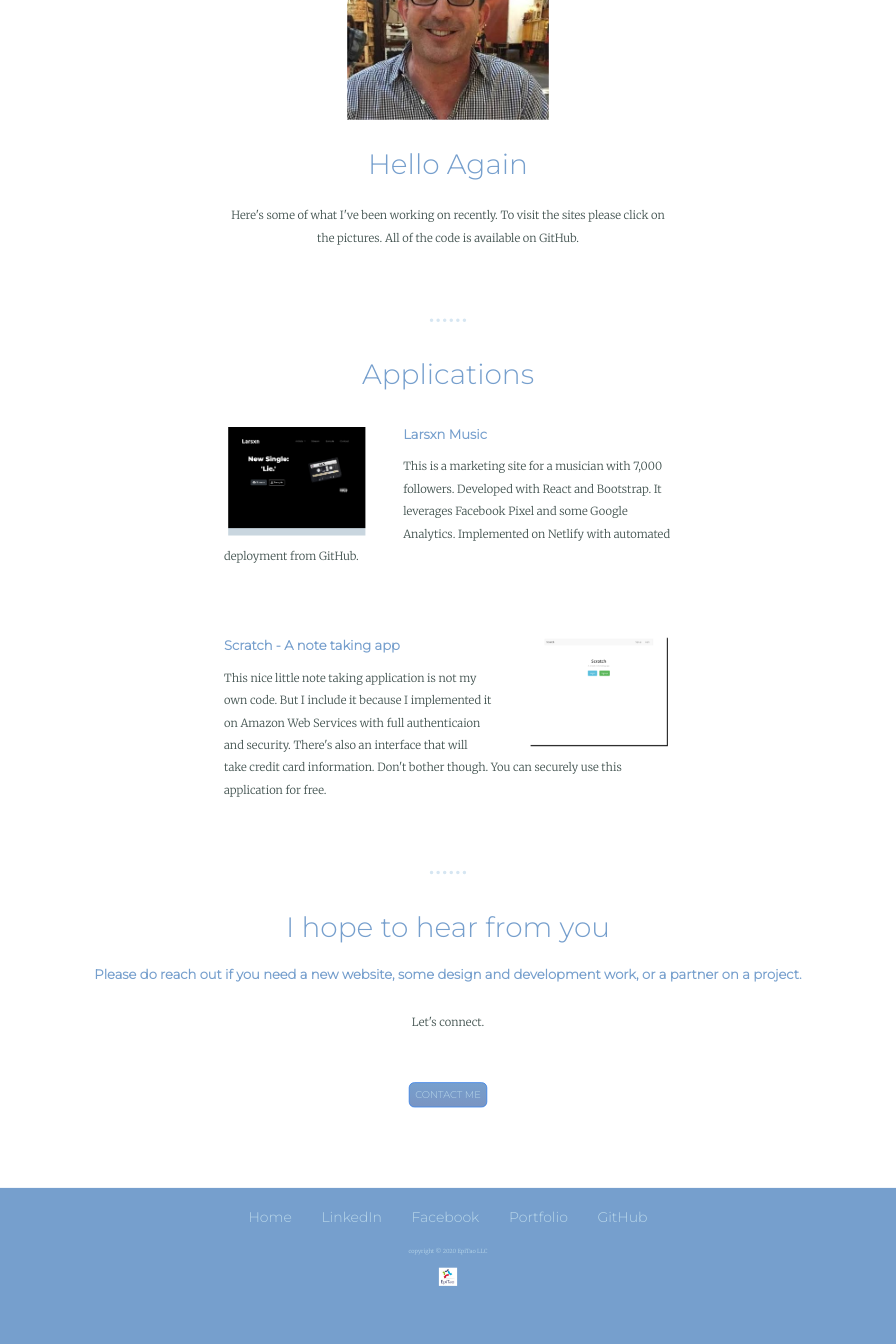
Repository: EpiTao-LLC/Personal_web_page
Page: pages/portfolio.html
The author's editor kept a copy of each file at every save. The page is drawn from the files as they stood at one save, then again after the next save.
The browser window is 1280 px wide. The pictures show the part of the page from y = 1480 to 3400 px (the page is 3400 px tall before and 3368 px after), at 70% of full size.

Above is the page before, as saved 2020-10-11 21:41:57.

### pages/portfolio.html
<!DOCTYPE html>
<html lang="en">
<head>
    <meta charset="UTF-8">
    <meta name="viewport" content="width=device-width, initial-scale=1.0">
    <title>Chris Larson</title>
    <link rel="stylesheet" href="../css/styles.css">
    <link href="https://fonts.googleapis.com/css2?family=Merriweather:wght@300&family=Montserrat:wght@300&family=Sacramento&display=swap" rel="stylesheet">
    <link rel="apple-touch-icon" sizes="180x180" href="favicon_package_v0.16/apple-touch-icon.png">
    <link rel="icon" type="image/png" sizes="32x32" href="favicon_package_v0.16/favicon-32x32.png">
    <link rel="icon" type="image/png" sizes="16x16" href="favicon_package_v0.16/favicon-16x16.png">
    <link rel="manifest" href="favicon_package_v0.16/site.webmanifest">
    <link rel="mask-icon" href="favicon_package_v0.16/safari-pinned-tab.svg" color="#5bbad5">
    <meta name="msapplication-TileColor" content="#da532c">
    <meta name="theme-color" content="#ffffff">
</head>
<body>
    <div class = "top-container">
        <h1>My Portfolio</h1>
        <h2>"The journey is the reward"</h2>
        <img class="cover-img" src="/images/Lake _Titicaca.jpeg" alt="Lake Titicaca image">
        <p>Life's a work in progress</p>
        <p>(so's my portfolio)</p>
      </div>
    <div class="middle-container">
        <div class="profile">
          <br>
          <img class="my-img" src="/images/Holiday_Denmark.jpeg"  alt="Chris Pic">
          <h2>Hello Again</h2>
          <p>
            Here's some of what I've been working on recently.  To visit the sites please click on the pictures.  All of the
            code is available on GitHub.
            </p>
        </div>
        <hr>
        <div class="skills">
          <h2>Applications</h2>
          <div class="skill-row">
            <button  class='input-button button-img-1'>
                <img class= 'skills-img-1' src="/images/Larsxn_Music.PNG" alt="Larsxn.com website"
                onclick = "window.location.href = 'https://www.larsxn.com'">
            </button>
            <!-- <img class="skills-img-1" src="/images/Larsxn_Music.png" alt="Larsxn.com"> -->
            <div >
            <h3 class="for-mobile">Larsxn Music</h3>
            <p> This is a marketing site for a musician with 7,000 followers.  Developed with React and Bootstrap.
              It leverages Facebook Pixel and some Google Analytics. Implemented on
              Netlify with automated deployment from GitHub.
            </p>
             </div>
          </div>
          <div class="skill-row">
            <button  class='input-button button-img-2'>
              <img class= 'skills-img-2' src="/images/Scratch_Note_Taking_App.PNG" alt="Scratch Note Taking website"
              onclick = "window.location.href = 'https://notes-app.calarsonllc.com'">
            </button>
            <h3 class="for-mobile">Scratch - A note taking app</h3>
            <p>This nice little note taking application is not my own code.  But I include it
              because I implemented it on Amazon Web Services with full authenticaion and security.
              There's also an interface that will take credit card information.  Don't bother though.
              You can securely use this application for free.
            </p>
          </div>
        </div>
        <hr>
        <div class="contact-me">
          <h2>I hope to hear from you</h2>
          <h3>Please do reach out if you need a new website, some design and development work, or a partner on a project.</h3>
          <p class="contact-message">Let's connect.</p>
          <a class="btn" href="mailto:chris@epitao.com">CONTACT ME</a>
        </div>
      </div>
      <div class="bottom-container">
        <a class="footer-link" href="https://chris.epitao.com/">Home</a>
        <a class="footer-link" href="https://www.linkedin.com/in/christopheralarson//">LinkedIn</a>
        <a class="footer-link" href="https://www.facebook.com/chris.larson">Facebook</a>
        <a class="footer-link" href="https://github.com/clarson10024//">Portfolio</a>
        <a class="footer-link" href="https://github.com/clarson10024//">GitHub</a>
        <p class="copyright"> copyright © 2020 EpiTao LLC <br><br>
        <img class="logo-img" src="/images/EpiTao_logo.jpg" alt="EpiTao logo">
        </p>
      </div>
</body>
</html>

### css/styles.css
body {
    margin: 0;
    margin: auto;
    text-align: center;
    font-family: 'Merriweather', serif;
    font-weight: normal;
    color:  #40514E;
}
h1 {
    margin: 0px auto 0 auto;
    font-family: 'Montserrat', sans-serif;
    font-size: 5rem;
    line-height: 2.0;
    color: #769FCD;
}
h2 {
    font-family: 'Montserrat', sans-serif;
    font-size: 2.5rem;
    font-weight: normal;
    color: #769FCD
}
h3 {
    font-family: 'Montserrat', sans-serif;
    font-weight: 900;
    color: #769FCD
}
p {
    line-height: 2;
}
hr {
    border-color:  #d6e6f2;
    border-width: 5px;
    border-style: dotted none none;
    height: 0px;
    width: 4%;
    margin: 100 auto 100 auto;
}
.top-container {
    background-color: #d6e6f2;
    color: #769FCD;
    position: relative;
    padding-top: 50px;
    padding-bottom: 100px;
}
.middle-container {
    max-width: 2000px;
    padding-top: 10px;
    padding-bottom: 5px;
    margin: 50px auto 100px auto;

}
.bottom-container {
    margin-top: 100px;
    padding: 30px 0 50px;
    font-size: 10px;
    background-color: #769FCD;
    color: #f7fbfc  ;
}
.profile{
    width: 50%;
    margin: 50px auto 100px auto;
    text-align: center;
}
.skills {
    margin-top: 50px;
}
.skill-row {
    width: 50%;
    margin: 50px auto 100px auto;
    text-align: left;
}
.contact-me {
    margin-top: 50px;
    margin-left: 50px;
    margin-right: 50px;

}
.contact-message {
    width: 60%;
    margin: 40px auto 60px;
}
.footer-link {
    font-size: 20px
}
.copyright {
    color: #b9d7ea;
    font-size: 0.5rem;
    padding: 20px 0;
}

.btn {
    background: #769FCD;
    background-image: -webkit-linear-gradient(top, #769FCD, #7A95C3);
    background-image: -moz-linear-gradient(top, #769FCD, #7A95C3);
    background-image: -ms-linear-gradient(top, #769FCD, #7A95C3);
    background-image: -o-linear-gradient(top, #769FCD, #7A95C3);
    background-image: linear-gradient(to bottom, #769FCD, #7A95C3);
    -webkit-border-radius: 8px;
    -moz-border-radius: 8px;
    border-radius: 8px;
    color: #FFFFFF;
    font-family: 'Montserrat', sans-serif;
    font-size: 14px;
    font-weight: 100;
    padding: 8px;
    border: solid #337FED 1px;
    text-decoration: none;
    display: inline-block;
    cursor: pointer;
    text-align: center;
}

.btn:hover {
    border: solid #337FED 1px;
    background: #7A95C3;
    background-image: -webkit-linear-gradient(top, #7A95C3, #769FCD);
    background-image: -moz-linear-gradient(top, #7A95C3, #769FCD);
    background-image: -ms-linear-gradient(top, #7A95C3, #769FCD);
    background-image: -o-linear-gradient(top, #7A95C3, #769FCD);
    background-image: linear-gradient(to bottom, #7A95C3, #769FCD);
    -webkit-border-radius: 7px;
    -moz-border-radius: 7px;
    border-radius: 7px;
    text-decoration: none;
}

a:link {
    font-family: 'Montserrat', sans-serif;
    text-decoration: none;
    color: #b9d7ea;
    margin: 10px 20px;

}
a:visited {
    color: #b9d7ea
}
a:hover{
    color: #f7fbfc
}
.cover-img {
    width: 70%;
    height: 70%;
    margin-bottom: 20px;
}
.profile{
    width: 50%;
    margin: 50px auto 100px auto;
    text-align: center;
}

.my-img {
    width: 45%;
    height: 45%;
    float: fit-content;
}

.skills-img-1 {
    width: 45%;
    height: 45%;
    float: left;
    margin-right: 30px;
}
.skills-img-2 {
    width: 45%;
    height: 45%;
    float: right;
    margin-left: 30px;
}
/* .input-button:focus {
    outline: 0;
} */
/* *:focus {
    outline: 0 !important;
} */
.input-button {
    display: block;
    border: none;
    background-color: transparent;
    outline: none;
    margin: 0;
    border: none;
    color: none;
    height: 0%;
    width: 0%;
}
.button-img-1:hover {
    transform: scale(1.10);
}
.button-img-1 {
    width: 70%;
    height: 70%;
    float: left;
    margin-right: -30%;
    outline: 0;
}
.button-img-2:hover {
    transform: scale(1.10);
}
.button-img-2 {
    width: 70%;
    height: 70%;
    float: right;
    margin-left: -30%;
    outline: none;
}
.logo-img {
    width: 2.0%;
    height: 2.0%;
}

  /* Mobile Styling */

  @media (max-width: 780px) {
    h1 {
        margin: 0px auto 0 auto;
        font-family: 'Montserrat', sans-serif;
        font-size: 3.25rem;
        line-height: 1.25;
        color: #769FCD;
    }
    h2 {
        font-family: 'Montserrat', sans-serif;
        font-size: 1.75rem;
        font-weight: normal;
        color: #769FCD
    }
    h3 {
        font-size: 1.25rem;
        margin-left: 20px;
        margin-right: 20px;
    }
    .profile{
        width: 80%;
        margin: 50px auto 10px auto;
        text-align: center;
        padding-bottom: %;
    }
    .skills {
        margin-top: 0px;
    }
    .top-container {
        position: relative;
        padding-left: 8%;
        padding-right: 8%;
        padding-bottom: 30%;
        margin-bottom: 5px;

    }

    .middle-container {
        text-align: center;
        position: relative;
        margin-top: 20px;
        margin-bottom: 50px;

    }
    .skills {
        align-content: center;
    }
    .skill-row {
        display: block;
        width: 80%;
        margin: 50px auto 50px auto;
        text-align: center;
    }
    .for-mobile {
        display: inline-flex;
        content: '\a\a';
        white-space: pre;
    }
    .my-img {
        width: 90%;
        height: 90%
    }
    .skills-img-1, .skills-img-2, .cover-img{

        width: 100%;
        height: 100%;
        padding: 0;
        float: fit-content;
        margin-left: 0px;
        margin-right: 0px;
        margin-bottom: 1rem;
    }
    .skills-img-1:after, .skills-img-2:after{
        display: inline-flex;
        content: '\a\a';
        white-space: pre;
    }
    .button-img-1, .button-img-2, .cover-img{
        width: 100%;
        height: 100%;
        padding: 0;
        float: fit-content;
        margin-left: 0px;
        margin-right: 0px;
        margin-bottom: 1rem;
    }
    .skills-img-1:after, .skills-img-2:after{
        display: inline-flex;
        content: '\a\a';
        white-space: pre;
    }
    .contact-me {
        margin-top: 50px;
        margin-left: 15px;
        margin-right: 15px;
        margin-bottom: 0px;
    }
    .contact-message {
        width: 80%;
        margin: 40px auto 60px;
    }

    .bottom-container {
        text-align: center;
        margin-top: 0px;
        padding: 15% 0 50px;
        font-size: 10px;
        background-color: #769FCD;
        color: #f7fbfc  ;
    }
    .logo-img {
        width: 5%;
        height: 5%;
    }
}
@media (hover: hover) {
    button:hover {
        outline:0;
    }
}

After the next save:
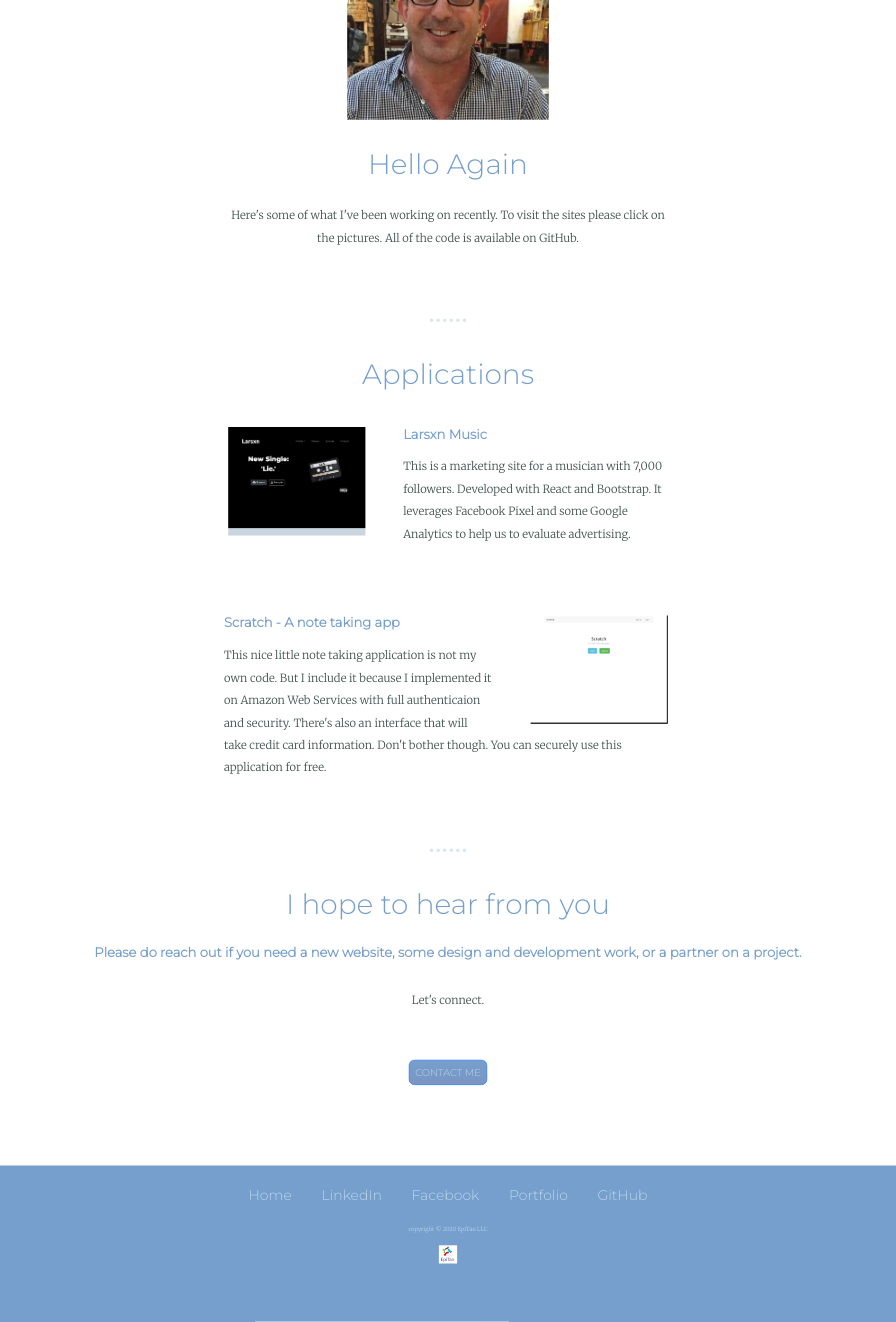
Saved 107 s later.
--- a/pages/portfolio.html
+++ b/pages/portfolio.html
@@ -44,8 +44,7 @@
             <div >
             <h3 class="for-mobile">Larsxn Music</h3>
             <p> This is a marketing site for a musician with 7,000 followers.  Developed with React and Bootstrap.
-              It leverages Facebook Pixel and some Google Analytics. Implemented on
-              Netlify with automated deployment from GitHub.
+              It leverages Facebook Pixel and some Google Analytics to help us to evaluate advertising.
             </p>
              </div>
           </div>
